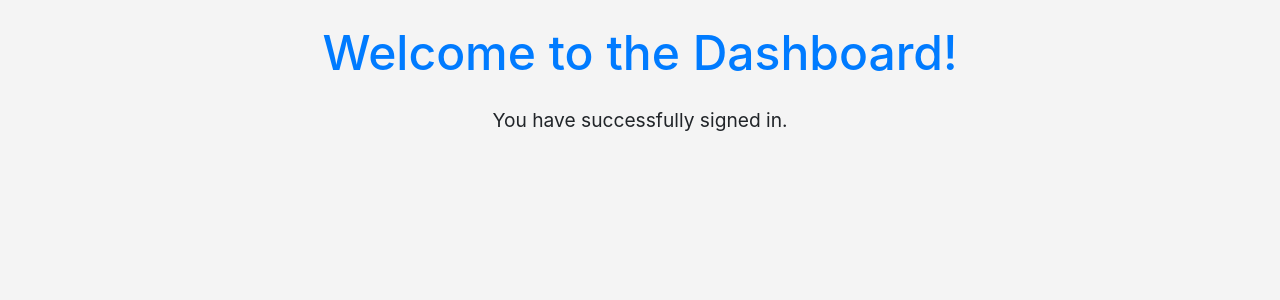
Repository: KidBillionaire/BluffRoyaleFrontend
Page: public/dashboard.html
The author's editor kept a copy of each file at every save. The page is drawn from the files as they stood at one save, then again after the next save.
The browser window is 1280 px wide. The pictures show the whole page.

Above is the page before, as saved 2024-09-17 18:11:38.

### public/dashboard.html
<!DOCTYPE html>
<html lang="en">
<head>
    <meta charset="UTF-8">
    <meta name="viewport" content="width=device-width, initial-scale=1.0">
    <meta http-equiv="X-UA-Compatible" content="ie=edge">
    <title>Dashboard</title>

    <!-- Bootstrap CSS CDN -->
    <link href="https://stackpath.bootstrapcdn.com/bootstrap/4.5.2/css/bootstrap.min.css" rel="stylesheet">

    <!-- Link to your custom styles -->
    <link rel="stylesheet" href="styles/styles.css">
</head>
<body>
    <div class="container">
        <h1 class="my-4">Welcome to the Dashboard!</h1>
        <p>You have successfully signed in.</p>
        <!-- Add your dashboard content here -->
    </div>

    <!-- Bootstrap JS and dependencies -->
    <script src="https://code.jquery.com/jquery-3.5.1.slim.min.js"></script>
    <script src="https://cdn.jsdelivr.net/npm/@popperjs/core@2.9.3/dist/umd/popper.min.js"></script>
    <script src="https://stackpath.bootstrapcdn.com/bootstrap/4.5.2/js/bootstrap.min.js"></script>
</body>
</html>

### styles/styles.css
/* styles.css */

body {
    background-color: #f4f4f4;
}

h1 {
    color: #007bff;
    font-size: 3rem;
    text-align: center;
}

p {
    font-size: 1.2rem;
    text-align: center;
}

After the next save:
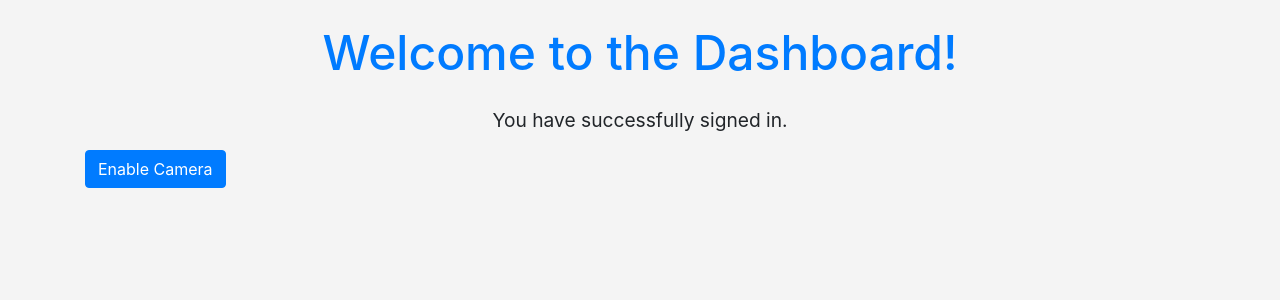
Saved 2 min 45 s later.
--- a/public/dashboard.html
+++ b/public/dashboard.html
@@ -1,27 +1,100 @@
 <!DOCTYPE html>
 <html lang="en">
+
 <head>
     <meta charset="UTF-8">
     <meta name="viewport" content="width=device-width, initial-scale=1.0">
     <meta http-equiv="X-UA-Compatible" content="ie=edge">
-    <title>Dashboard</title>
+    <title>Dashboard - Enable Camera</title>
 
     <!-- Bootstrap CSS CDN -->
     <link href="https://stackpath.bootstrapcdn.com/bootstrap/4.5.2/css/bootstrap.min.css" rel="stylesheet">
 
     <!-- Link to your custom styles -->
     <link rel="stylesheet" href="styles/styles.css">
+
+    <style>
+        #camera-preview {
+            width: 100%;
+            height: 300px;
+            background-color: #333;
+            display: flex;
+            justify-content: center;
+            align-items: center;
+            color: white;
+        }
+
+        #camera-preview video {
+            width: 100%;
+            height: 100%;
+        }
+    </style>
 </head>
+
 <body>
     <div class="container">
         <h1 class="my-4">Welcome to the Dashboard!</h1>
         <p>You have successfully signed in.</p>
-        <!-- Add your dashboard content here -->
+
+        <!-- Button to trigger the modal -->
+        <button type="button" class="btn btn-primary" data-toggle="modal" data-target="#cameraModal">
+            Enable Camera
+        </button>
+
+        <!-- Modal -->
+        <div class="modal fade" id="cameraModal" tabindex="-1" aria-labelledby="cameraModalLabel" aria-hidden="true">
+            <div class="modal-dialog modal-lg">
+                <div class="modal-content">
+                    <div class="modal-header">
+                        <h5 class="modal-title" id="cameraModalLabel">Enable Camera</h5>
+                        <button type="button" class="close" data-dismiss="modal" aria-label="Close">
+                            <span aria-hidden="true">&times;</span>
+                        </button>
+                    </div>
+                    <div class="modal-body">
+                        <div id="camera-preview">
+                            <p>Camera is not enabled.</p>
+                        </div>
+                    </div>
+                    <div class="modal-footer">
+                        <button type="button" class="btn btn-secondary" data-dismiss="modal">Cancel</button>
+                        <button type="button" class="btn btn-primary" id="enableCameraButton">Enable Camera</button>
+                    </div>
+                </div>
+            </div>
+        </div>
     </div>
 
     <!-- Bootstrap JS and dependencies -->
     <script src="https://code.jquery.com/jquery-3.5.1.slim.min.js"></script>
     <script src="https://cdn.jsdelivr.net/npm/@popperjs/core@2.9.3/dist/umd/popper.min.js"></script>
     <script src="https://stackpath.bootstrapcdn.com/bootstrap/4.5.2/js/bootstrap.min.js"></script>
+
+    <!-- WebRTC Camera JavaScript -->
+    <script>
+        const enableCameraButton = document.getElementById('enableCameraButton');
+        const cameraPreview = document.getElementById('camera-preview');
+
+        enableCameraButton.addEventListener('click', () => {
+            // Check if the browser supports getUserMedia
+            if (navigator.mediaDevices && navigator.mediaDevices.getUserMedia) {
+                navigator.mediaDevices.getUserMedia({ video: true })
+                    .then(stream => {
+                        const video = document.createElement('video');
+                        video.srcObject = stream;
+                        video.play();
+                        cameraPreview.innerHTML = '';
+                        cameraPreview.appendChild(video);
+                    })
+                    .catch(error => {
+                        cameraPreview.innerHTML = '<p>Unable to access camera. Please check your browser settings.</p>';
+                        console.error('Error accessing camera: ', error);
+                    });
+            } else {
+                cameraPreview.innerHTML = '<p>Camera not supported in this browser.</p>';
+            }
+        });
+    </script>
 </body>
+
 </html>
